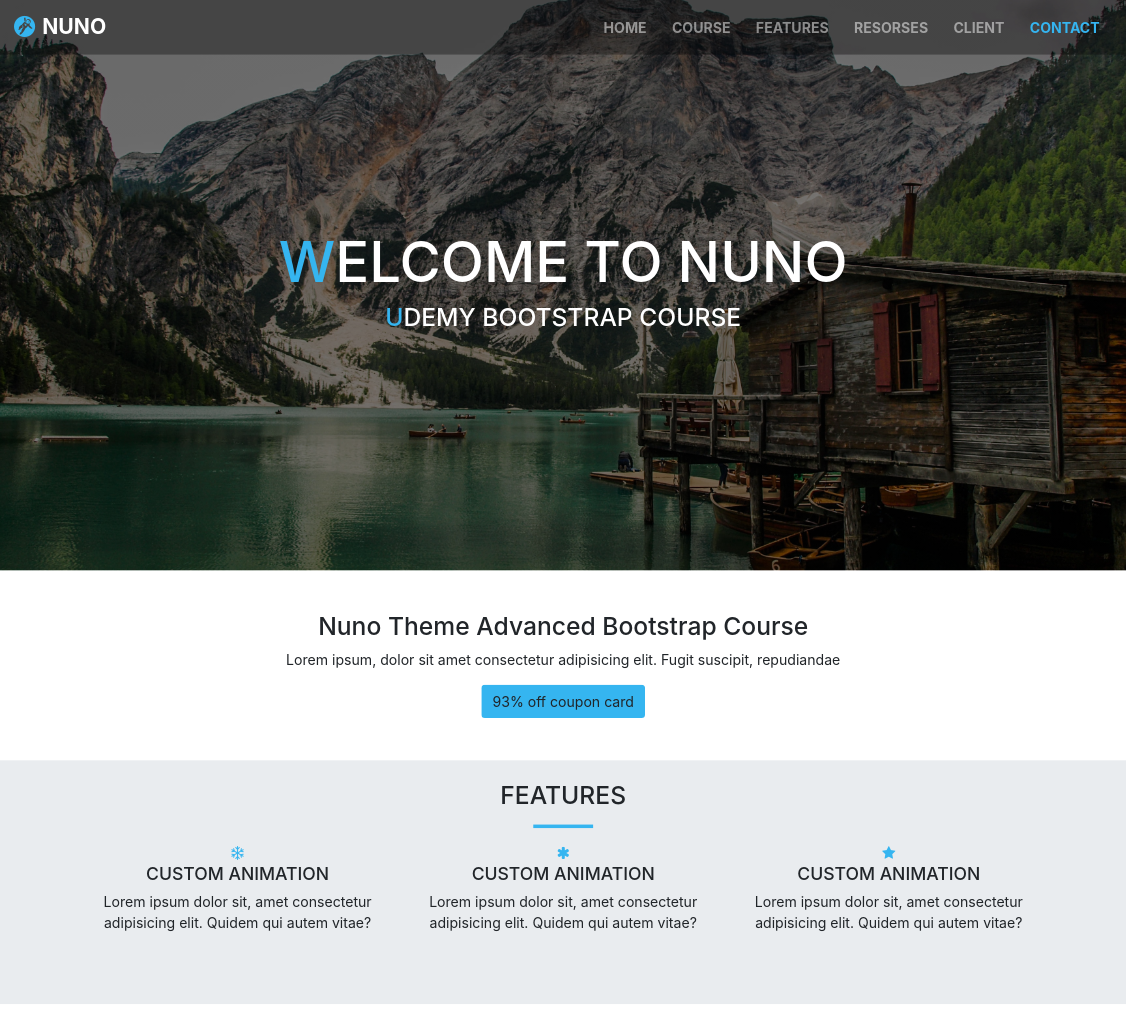
Repository: Mietlicha/bootstrap_template_exercise
Page: index.html
The author's editor kept a copy of each file at every save. The page is drawn from the files as they stood at one save, then again after the next save.
The browser window is 1280 px wide. The pictures show the whole page, at 88% of full size.

Above is the page before, as saved 2019-11-19 20:31:44.

### index.html
<!DOCTYPE html>
<html lang="en">

<head>
    <meta charset="UTF-8">
    <meta name="viewport" content="width=device-width, initial-scale=1.0">
    <meta http-equiv="X-UA-Compatible" content="ie=edge">
    <title>Bootstrap template</title>
    <link rel="stylesheet" href="https://stackpath.bootstrapcdn.com/bootstrap/4.3.1/css/bootstrap.min.css"
        integrity="sha384-ggOyR0iXCbMQv3Xipma34MD+dH/1fQ784/j6cY/iJTQUOhcWr7x9JvoRxT2MZw1T" crossorigin="anonymous">
    <link rel="stylesheet" href="style.css">
    <link rel="stylesheet" href="https://cdnjs.cloudflare.com/ajax/libs/font-awesome/4.7.0/css/font-awesome.min.css">
</head>

<body data-spy="scroll" data-target="#main-nav">
    <!--------------------nav/home-------------------------------------------------------------------->
    <nav id="main-nav" class="navbar navbar-expand-md navbar-dark bg-dark font-weight-bold fixed-top">
        <a class="navbar-brand" href="#"><i class="fa fa-grav mr-2" aria-hidden="true"></i>Nuno</a>
        <button class="navbar-toggler" type="button" data-toggle="collapse" data-target="#navbarSupportedContent"
            aria-controls="navbarSupportedContent" aria-expanded="false" aria-label="Toggle navigation">
            <span class="navbar-toggler-icon"></span>
        </button>

        <div class="collapse navbar-collapse" id="navbarSupportedContent">
            <ul class="navbar-nav ml-auto">
                <li class="nav-item">
                    <a class="nav-link" href="#home">Home</a>
                </li>
                <li class="nav-item">
                    <a class="nav-link" href="#course">Course</a>
                </li>
                <li class="nav-item">
                    <a class="nav-link" href="#feature">Features</a>
                </li>
                <li class="nav-item">
                    <a class="nav-link" href="#resourses">Resorses</a>
                </li>
                <li class="nav-item">
                    <a class="nav-link" href="#client">Client</a>
                </li>
                <li class="nav-item">
                    <a class="nav-link" href="#contact">Contact</a>
                </li>
        </div>
    </nav>
<!--------------------main----------------------------------------------------------------->
<main>
    <!--------------------home-------------------->
    <section id="home">
        <div class="home--landing-page">
        </div>
        <div class="home--caption">
            <h1>Welcome to Nuno</h1>
            <h3>Udemy bootstrap course</h3>
        </div>
    </section>

    <!--------------------corse-------------------->
    <section id="course" class="container text-center mt-5 mb-5">
        <header><h3>Nuno Theme Advanced Bootstrap Course</h3></header>
        <p>Lorem ipsum, dolor sit amet consectetur adipisicing elit. Fugit suscipit, repudiandae
        </p>
        <a href="#" class="btn btn-md" target="_blnk">93% off coupon card</a>
    </section>
    <!--------------------feature-------------------->
    <section id="feature">
            <div class="jumbotron jumbotron-fluid text-center pt-4">
                    <header><h3>features</h3></header>
                    <hr>
                    <div class="container d-md-flex">
                        <div class="feature-item col-md-4">
                            <i class="fa fa-snowflake-o" aria-hidden="true"></i>
                            <h5>custom animation</h5>
                            <p>Lorem ipsum dolor sit, amet consectetur adipisicing elit. Quidem qui autem vitae?</p>
                        </div>
                        <div class="feature-item col-md-4">
                                <i class="fa fa-asterisk" aria-hidden="true"></i>
                                <h5>custom animation</h5>
                                <p>Lorem ipsum dolor sit, amet consectetur adipisicing elit. Quidem qui autem vitae?</p>
                        </div>
                        <div class="feature-item col-md-4">
                                <i class="fa fa-star" aria-hidden="true"></i>
                                <h5>custom animation</h5>
                                <p>Lorem ipsum dolor sit, amet consectetur adipisicing elit. Quidem qui autem vitae?</p>
                        </div>
                    </div>
                  </div>
    </section>
    <!--------------------Resourses-------------------->
    <section id="resourses">

    </section>
    <!--------------------Client-------------------->
    <section id="client">

    </section>
    <!--------------------Contact-------------------->
    <section id="contact">

    </section>
</main>

    <script src="https://code.jquery.com/jquery-3.3.1.slim.min.js"
        integrity="sha384-q8i/X+965DzO0rT7abK41JStQIAqVgRVzpbzo5smXKp4YfRvH+8abtTE1Pi6jizo"
        crossorigin="anonymous"></script>
    <script src="https://cdnjs.cloudflare.com/ajax/libs/popper.js/1.14.7/umd/popper.min.js"
        integrity="sha384-UO2eT0CpHqdSJQ6hJty5KVphtPhzWj9WO1clHTMGa3JDZwrnQq4sF86dIHNDz0W1"
        crossorigin="anonymous"></script>
    <script src="https://stackpath.bootstrapcdn.com/bootstrap/4.3.1/js/bootstrap.min.js"
        integrity="sha384-JjSmVgyd0p3pXB1rRibZUAYoIIy6OrQ6VrjIEaFf/nJGzIxFDsf4x0xIM+B07jRM"
        crossorigin="anonymous"></script>
</body>

</html>

### style.css
:root{
--main-colour: rgb(53, 181, 240);
font-size: 14px;
}

body{
    position: relative;
}

/************************NAV******************************************/
.bg-dark {
    background-color: #0a0a0a60!important;
}

.navbar-dark .navbar-nav .nav-link:hover{
    color: rgb(255, 255, 255);
}

.nav-link{
    padding: 0 7rem;
}

#main-nav {
text-transform: uppercase;
}

#main-nav .navbar-brand{
    font-size: 1.5rem;
}

#main-nav .navbar-brand i{
    color: var(--main-colour);
}

.navbar-dark .navbar-nav .nav-link.active{
    color: var(--main-colour);
    font-weight: bold;
}

.navbar-dark .navbar-nav .nav-link{
    padding-top: .9rem;
}

/*Nav*/
@media (min-width: 500px){
:root{
    font-size: 16px;
}

@media (min-width: 768px){
.navbar-expand-md .navbar-nav .nav-link {
    padding-right: .9rem;
    padding-left: .9rem;
    padding-top: 0;
}
}

/************************Home******************************************/
#home{
    position: relative;
}

.home--landing-page{
    background: linear-gradient(rgba(0, 0, 0, 0.534), rgba(0, 0, 0, 0.534)), url(img/tlo.jpg) center/cover no-repeat;
    width: 100vw;
    height: 90vh;
}

.home--caption{
    width: 100%;
    position: absolute;
    top: 40%;
    z-index: 3;
    text-align: center;
    color: #fff;
    text-transform: uppercase;
}

.home--caption h1{
    font-size: 4rem;
}

.home--caption h1::first-letter, .home--caption h3::first-letter{
    color: var(--main-colour);
}

/************************Course******************************************/
#course .btn{
    background-color: var(--main-colour);
}

/************************Feature******************************************/
#feature hr{
width: 5%;
border: 2px solid var(--main-colour);
}

#feature i{
    color: var(--main-colour);
}

#feature .feature-item h5, #feature header{
    text-transform: uppercase;
}

@media (min-width: 576px)
.jumbotron {
    padding: 12rem 2rem;
}

After the next save:
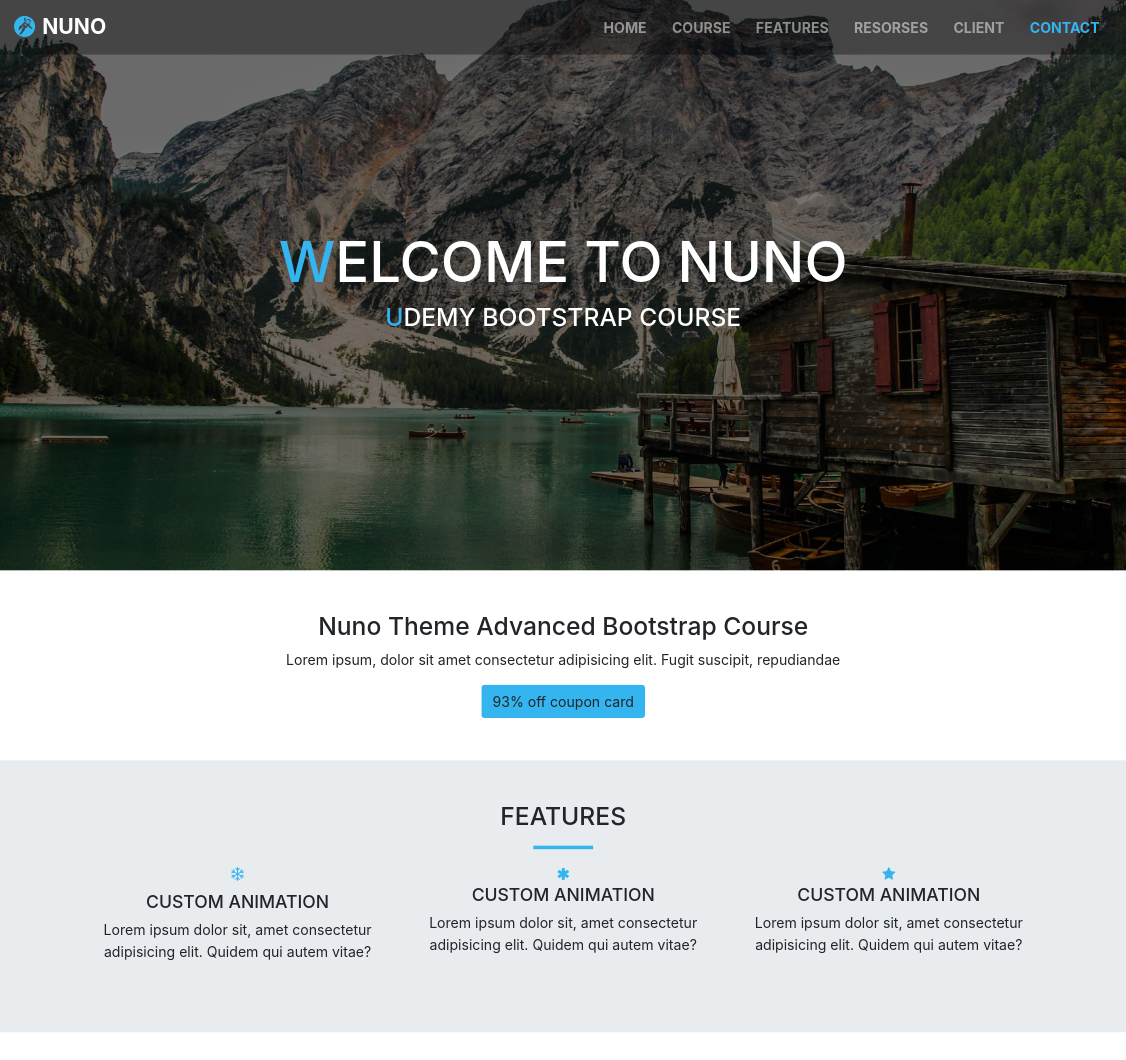
Saved 25 s later.
--- a/index.html
+++ b/index.html
@@ -64,13 +64,13 @@
     </section>
     <!--------------------feature-------------------->
     <section id="feature">
-            <div class="jumbotron jumbotron-fluid text-center pt-4">
+            <div class="jumbotron jumbotron-fluid text-center pt-5">
                     <header><h3>features</h3></header>
                     <hr>
                     <div class="container d-md-flex">
                         <div class="feature-item col-md-4">
                             <i class="fa fa-snowflake-o" aria-hidden="true"></i>
-                            <h5>custom animation</h5>
+                            <h5 class="pt-2">custom animation</h5>
                             <p>Lorem ipsum dolor sit, amet consectetur adipisicing elit. Quidem qui autem vitae?</p>
                         </div>
                         <div class="feature-item col-md-4">
